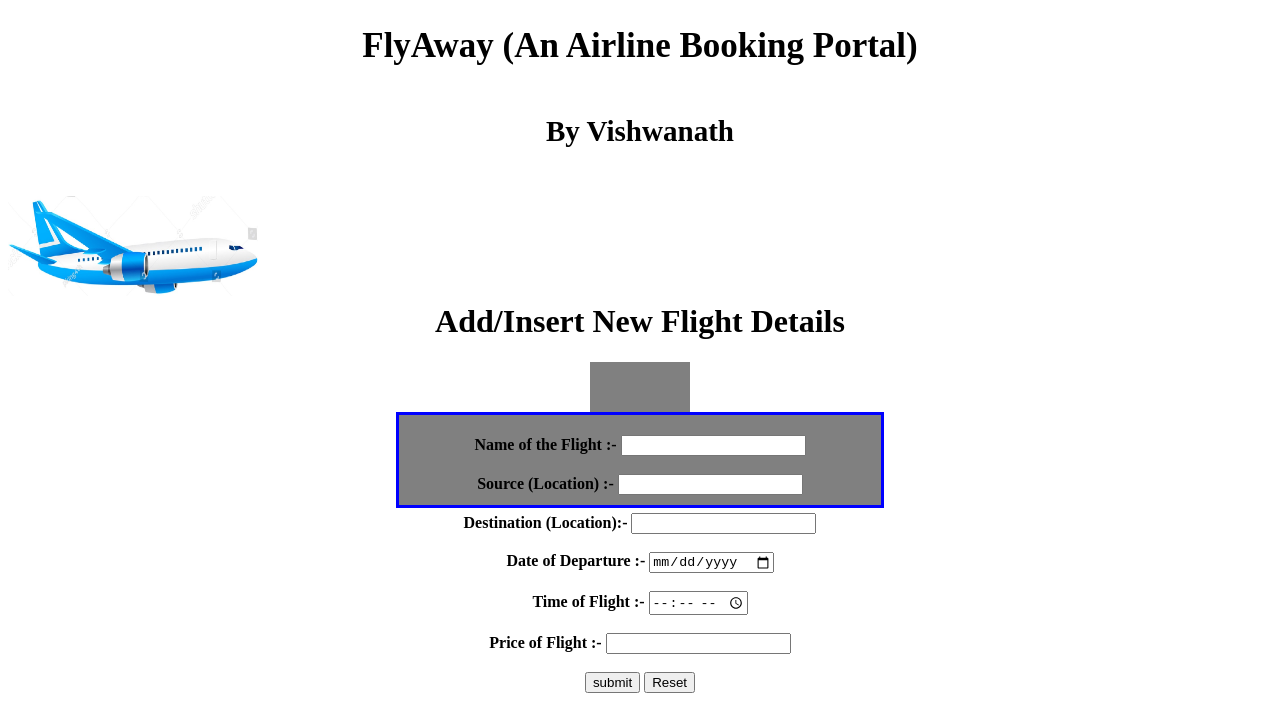
Repository: Vishu4401/FlyAway-An-Airline-Booking-Portal-
Page: http://localhost/FlyAway-An-Airline-Booking-Portal/AdminHome.jsp
The author's editor kept a copy of each file at every save. The page is drawn from the files as they stood at one save, then again after the next save.
The browser window is 1280 px wide. The pictures show the whole page.
The page is served by Tomcat 9.

Above is the page before, as saved 2022-08-24 04:38:20.

After the next save:
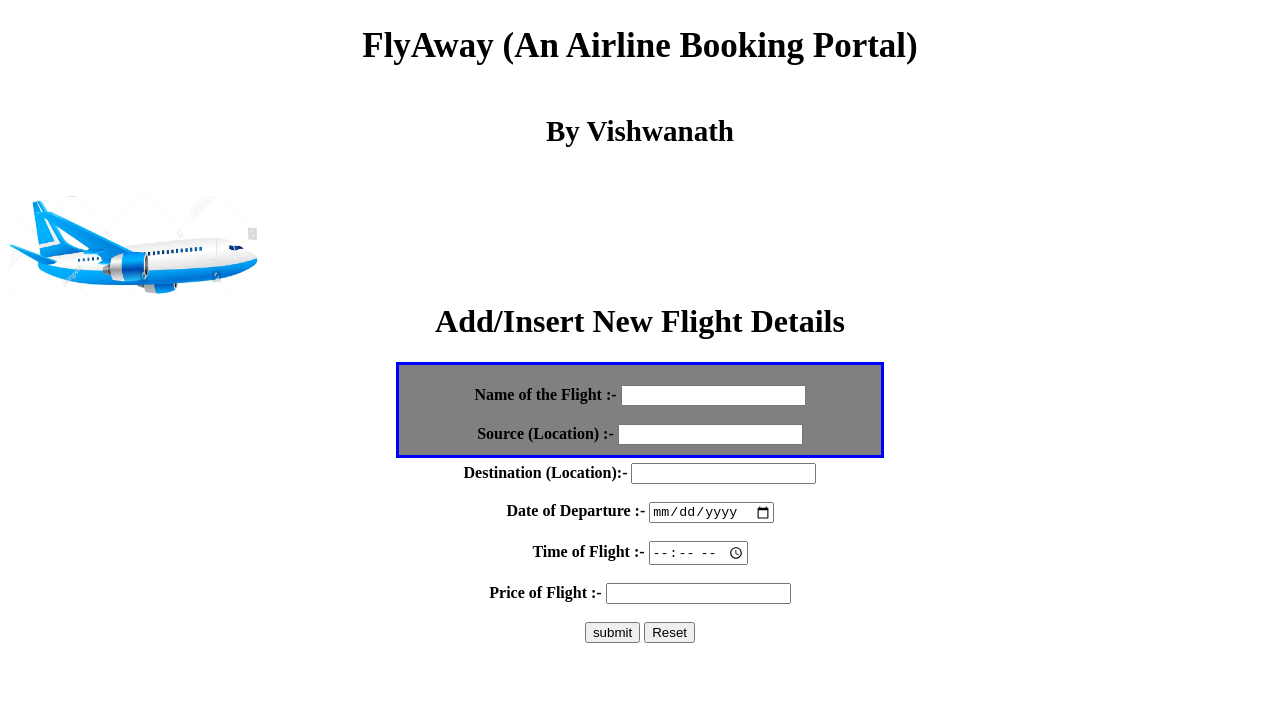
Saved 19 s later.
--- a/FlyAway-An-Airline-Booking-Portal/src/main/webapp/AdminHome.jsp
+++ b/FlyAway-An-Airline-Booking-Portal/src/main/webapp/AdminHome.jsp
@@ -42,7 +42,6 @@ div {
 <center>
 <h1>Add/Insert New Flight Details</h1>
 
-<div></div>
 <div style="border:3px solid blue;width:35%;padding:20px" align="center">
 <form action="BookFlight.jsp" method=post>
 	<label for=name>Name of the Flight :-</label> <input type="text" name=name id=name required /><br><br>
